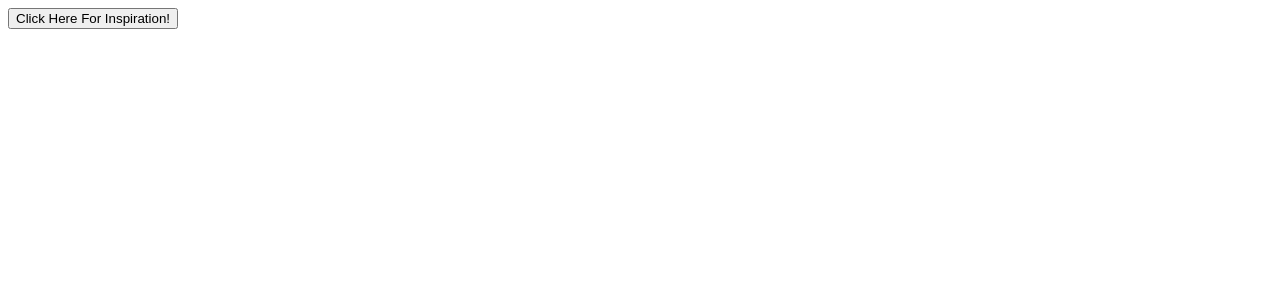
Repository: Hogwartsalumni/Inspire
Page: main.html
The author's editor kept a record of every edit. The page is drawn from the files as they stood at one moment, then again after the next edit.
The browser window is 1280 px wide. The pictures show the whole page.

Above is the page before.

### main.html
<!DOCTYPE html>
<html>
  <head>
    <meta charset="UTF-8">
    <link rel="icon" href="rainbow.png" type="image/x-icon"></a>
    <link rel="stylesheet" href="main.css" type="text/css">
    <link href="https://fonts.googleapis.com/css2?family=Nunito&family=Quicksand&display=swap" rel="stylesheet">
    <title>Inspire</title>
  </head>
  <body>
    <!-- <button onClick="displayImage()">Click Here For Inspiration!!</button> -->
    <input type="button" onClick="displayImage()" value="Click Here For Inspiration!">
    <br>
    <img src="img/blank.png" name="canvas"/>
    <script src="main.js"></script>
  </body>
</html>

### main.css
button {
    color: #36449C;
    text-align: center;
    font-family: Pacifico;
    font-size: 60px;
    border: none;
    width: 65%;
    margin: 10px 10px;
    cursor: pointer;
    border-radius: 8px;
    overflow: auto;
}

img {
  width: 450px;
  height: 450px;
}

p {
  color: #262b49;
  font-family: Nunito;
  font-size: 18px;
}

### main.js
var imagesArray = new Array('img/you-rock.jpg', 'img/you-amazing.png', 'img/stay-home-strong.jpg', 'img/in-this-together.png', 'img/braver-stronger.jpg', 'img/dont-give-up.jpg', 'img/stay-positive.jpg');

function displayImage() {
    var num = Math.floor(Math.random() * imagesArray.length);
    document.canvas.src = imagesArray[num];
}

After the next edit:
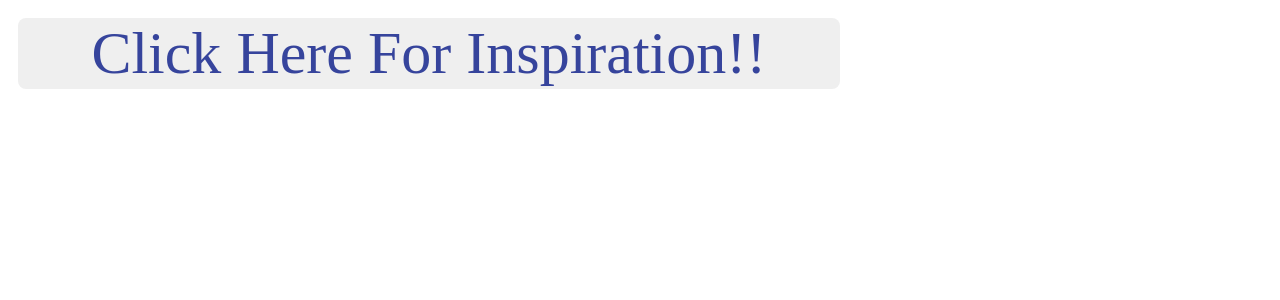
The edit:
--- a/main.html
+++ b/main.html
@@ -8,8 +8,8 @@
     <title>Inspire</title>
   </head>
   <body>
-    <!-- <button onClick="displayImage()">Click Here For Inspiration!!</button> -->
-    <input type="button" onClick="displayImage()" value="Click Here For Inspiration!">
+    <button onClick="displayImage()">Click <span>Here</span> For Inspiration!!</button>
+    <!--<input type="button" onClick="displayImage()" value="Click Here For Inspiration!">-->
     <br>
     <img src="img/blank.png" name="canvas"/>
     <script src="main.js"></script>
